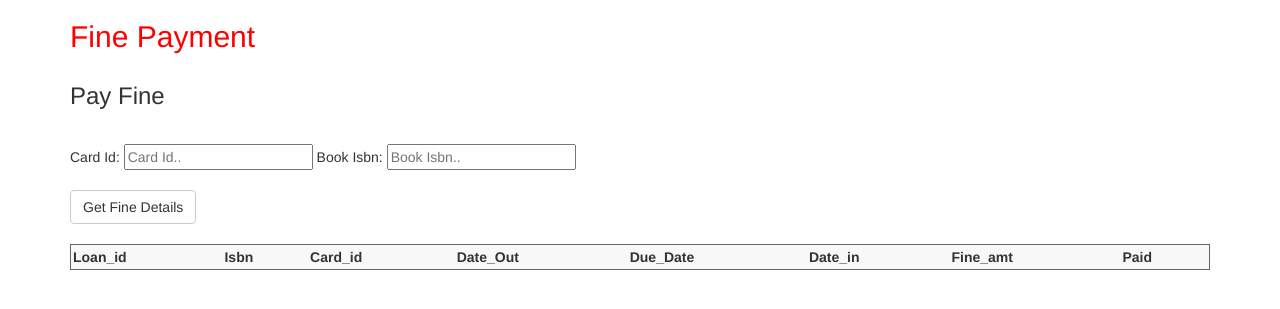
Repository: ApurvaMithal/LibraryManagementSystem
Page: http://localhost/LibraryManagementSystem/FinePay.jsp
These files come from the project's save history. The page is drawn as it stood at one moment and after the next save; the edit follows.
The browser window is 1280 px wide. The pictures show the whole page.
Some web fonts or font styles are not loaded; a fallback is used. The page is served by Tomcat 9.

Above is the page before, as saved 2018-03-02 23:24:31.

After the next save:
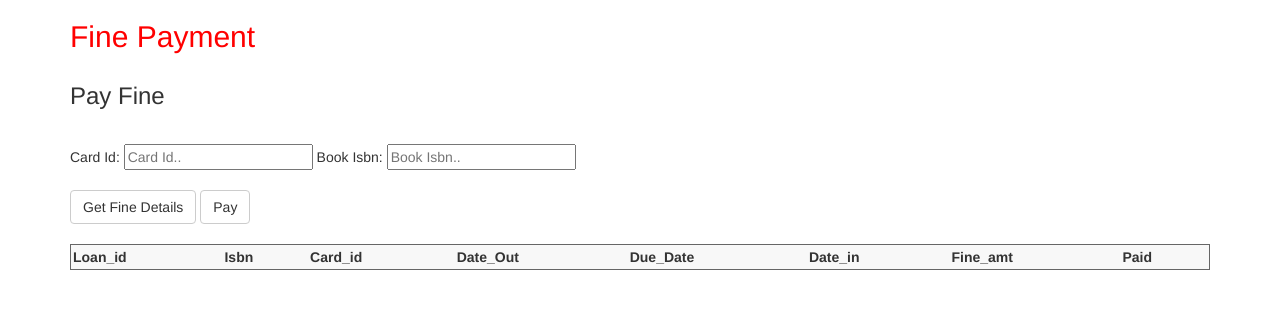
Saved 75 s later.
--- a/eclipse/LibraryManagementSystem/WebContent/FinePay.jsp
+++ b/eclipse/LibraryManagementSystem/WebContent/FinePay.jsp
@@ -134,6 +134,7 @@ jQuery(window).ready(function() {
             </div>
 			</br>
             <button type="Submit" class="btn btn-default" id="finePaymentBtn">Get Fine Details</button>
+            <button type="Submit" class="btn btn-default" id="finePaymentBtn">Pay</button>
 			</br></br>
 
             <table id="fineDetails">
